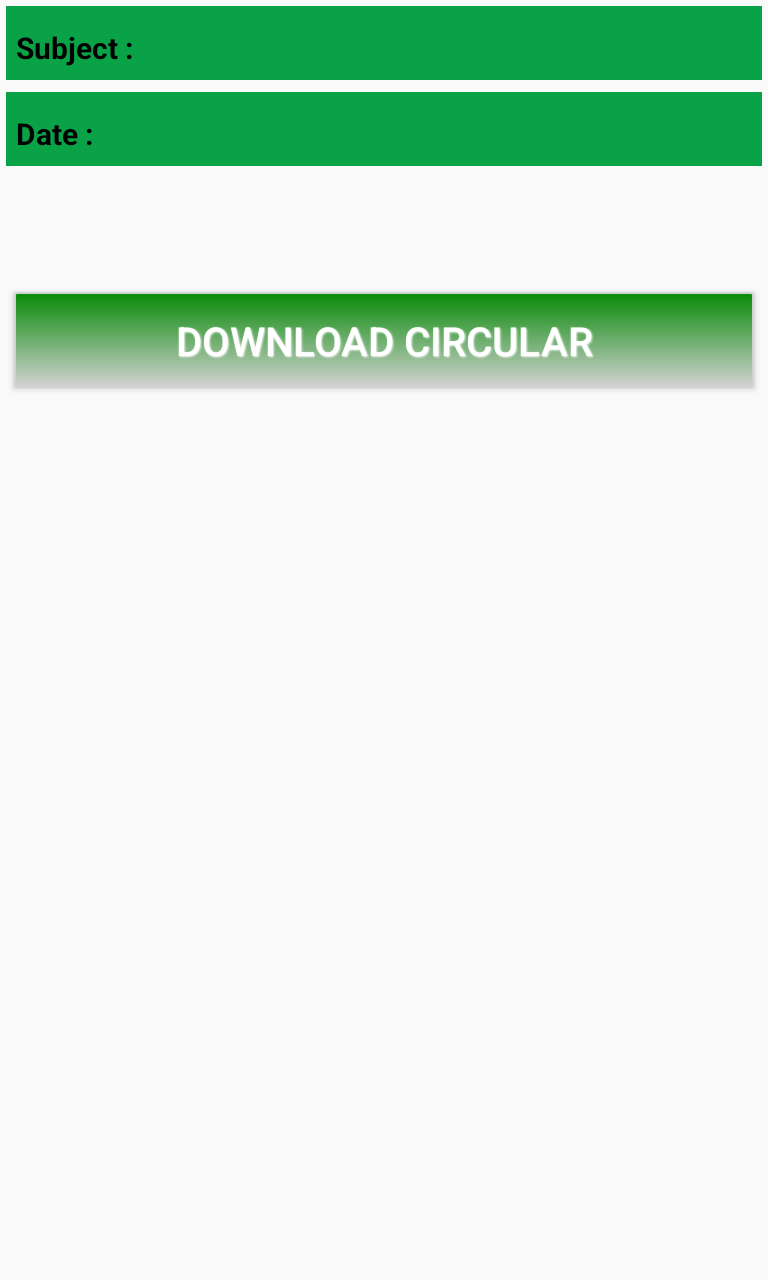
Repository: iguardian2015/iguardian-litchi
Layout: iguardian/res/layout/activity_circular_view.xml
These files come from the project's save history. The layout is drawn as it stood at one moment and after the next save; the edit follows.
It is drawn on a 768 x 1280 px phone screen (xhdpi) without system bars, with theme AppTheme; the app's code is not run.

Above is the layout before, as saved 2015-01-03 16:31:04.

After the next save:
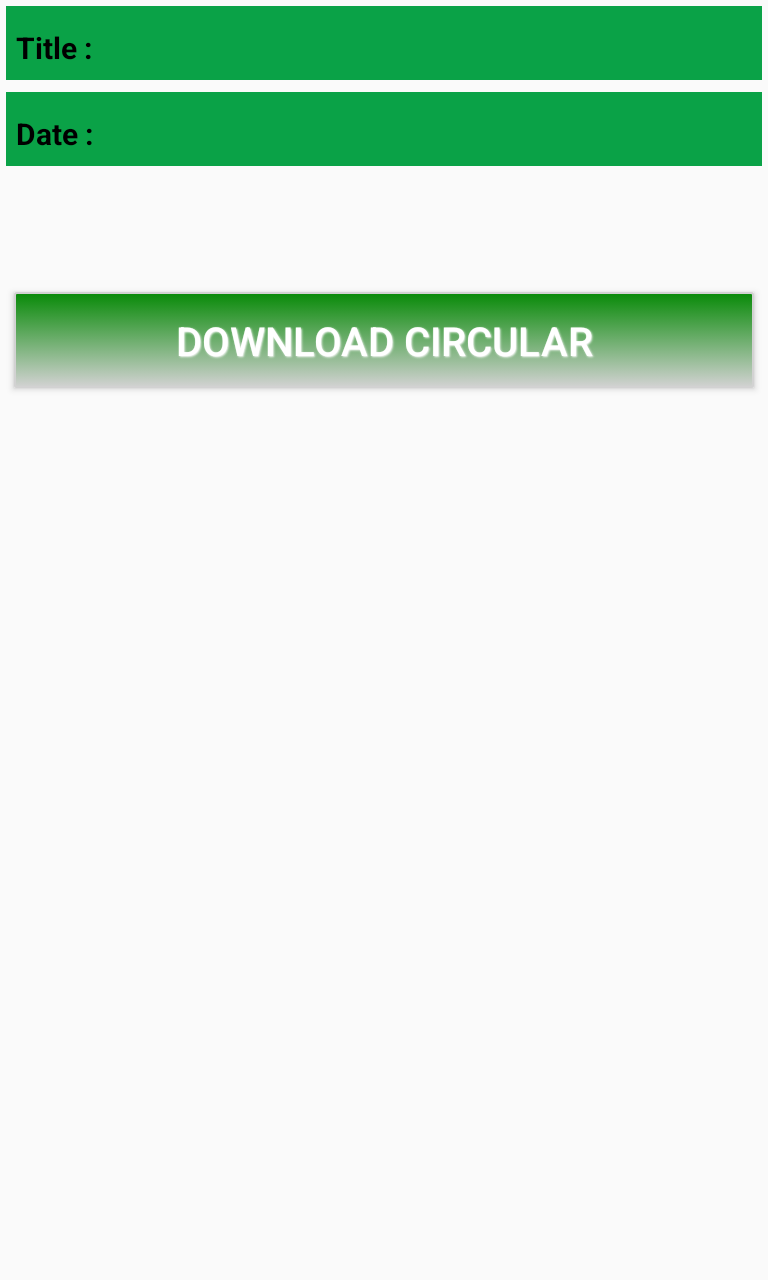
Saved 56 s later.
--- a/iguardian/res/layout/activity_circular_view.xml
+++ b/iguardian/res/layout/activity_circular_view.xml
@@ -16,18 +16,18 @@
             android:orientation="horizontal" >
 
             <TextView
-                android:id="@+id/subject"
+                android:id="@+id/title"
                 android:layout_width="wrap_content"
                 android:layout_height="wrap_content"
                 android:padding="5dp"
-                android:text="Subject :"
+                android:text="Title :"
                 android:textAppearance="?android:attr/textAppearanceLarge"
                 android:textColor="#000000"
                 android:textSize="15dp"
                 android:textStyle="bold" />
 
             <TextView
-                android:id="@+id/circular_subject"
+                android:id="@+id/circular_title"
                 android:layout_width="wrap_content"
                 android:layout_height="wrap_content"
                 android:padding="5dp"
